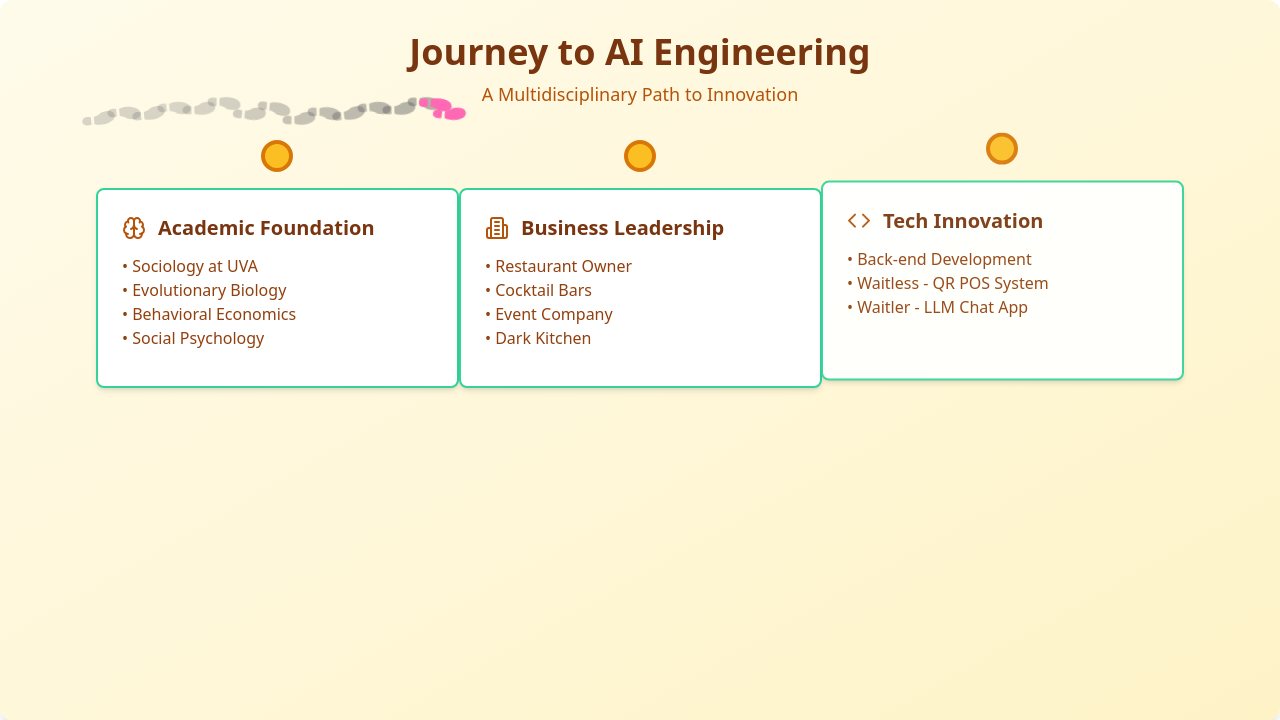
Repository: Galbaz1/dell_presentation
Page: /
These files come from the project's save history. The page is drawn as it stood at one moment and after the next save; the edit follows.
The browser window is 1280 px wide. The pictures show the whole page.
The project was rebuilt for these pictures with package versions that can differ from the ones it lists, and the page was loaded fresh each time. The framework's server and built-in components were replaced by stand-ins that run in the browser.

Above is the page before, as saved 2024-11-11 13:35:30.

After the next save:
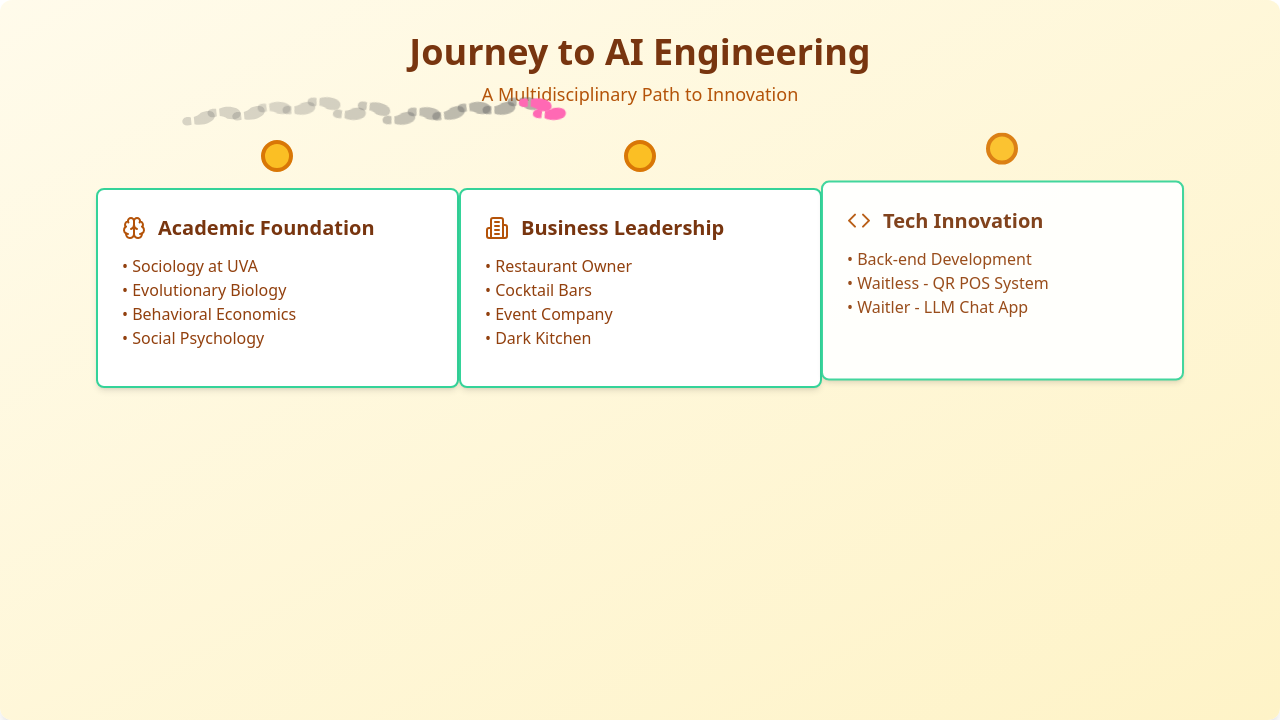
Saved 102 s later.
--- a/components/FootstepsAnimation.tsx
+++ b/components/FootstepsAnimation.tsx
@@ -45,22 +45,24 @@ const FootstepsAnimation: React.FC = () => {
 
     // River-like flowing path with gentle curves
     const flowingPath = [
-      // Start at first orange circle (adjust these x,y values to match your orange circle)
-      { x: 100, y: 100 },    // Starting position - ADJUST THESE COORDINATES
-      { x: 150, y: 95 },     // Slight upward curve
-      { x: 200, y: 90 },     // Continue gentle rise
-      { x: 250, y: 95 },     // Start subtle dip
-      { x: 300, y: 100 },    // Return to middle height
-      // Middle section (to second circle)
-      { x: 350, y: 95 },     // Begin second curve up
-      { x: 400, y: 90 },     // Peak of middle curve
-      { x: 450, y: 95 },     // Start descending
-      { x: 500, y: 100 },    // Level at second circle
-      // Final section (to third circle)
-      { x: 550, y: 95 },     // Final curve begins
-      { x: 600, y: 90 },     // Last gentle rise
-      { x: 650, y: 95 },     // Approaching end
-      { x: 700, y: 100 },    // End at third circle
+      // Start at first orange circle (Academic Foundation)
+      { x: 200, y: 100 },    // Starting at first circle
+      { x: 250, y: 95 },     // Gentle curve up
+      { x: 300, y: 90 },     // Peak
+      { x: 350, y: 95 },     // Coming down
+      { x: 400, y: 100 },    // Level out
+
+      // To second circle (Business Leadership)
+      { x: 450, y: 95 },     // Start rise
+      { x: 500, y: 90 },     // Peak
+      { x: 550, y: 95 },     // Coming down
+      { x: 600, y: 100 },    // Second circle position
+
+      // To third circle (Tech Innovation)
+      { x: 650, y: 95 },     // Start final rise
+      { x: 700, y: 90 },     // Peak
+      { x: 750, y: 95 },     // Coming down
+      { x: 800, y: 100 },    // Final circle position
     ];
 
     const createGhostTrail = (

After the 2 saves that followed:
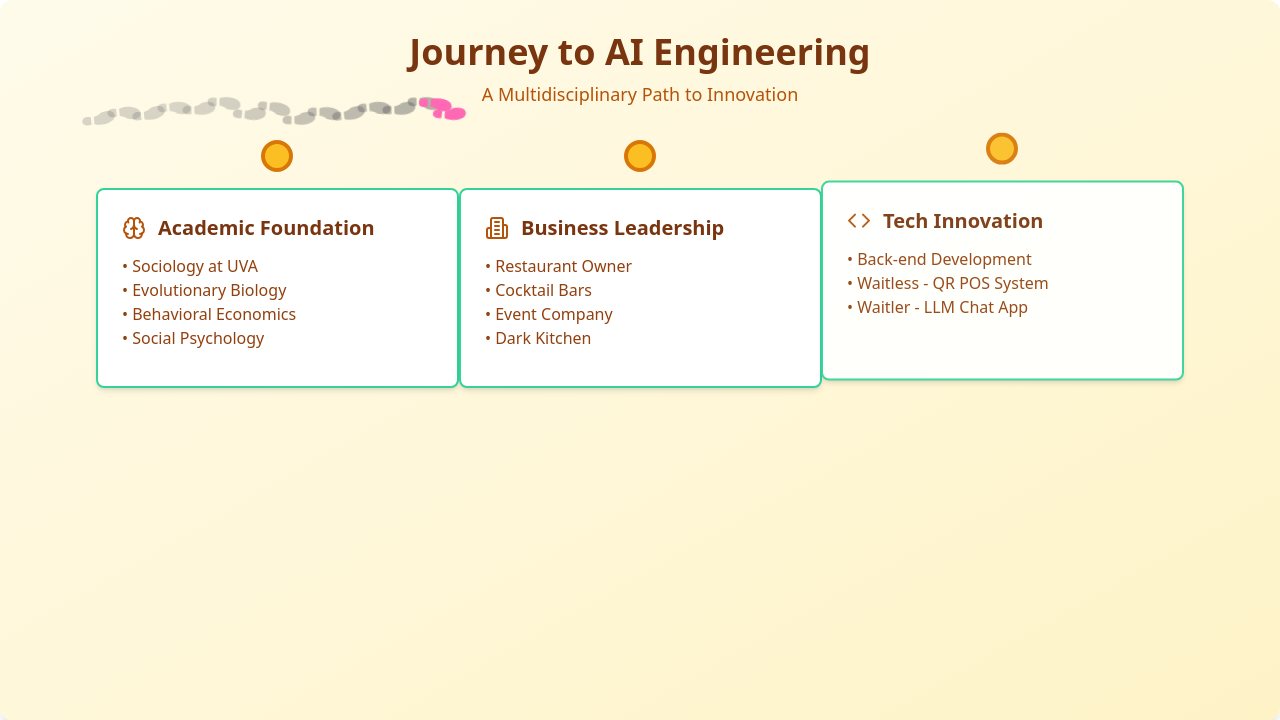
The 2 saves are shown as one change because they came seconds apart.
The last was saved 97 s later.
--- a/components/FootstepsAnimation.tsx
+++ b/components/FootstepsAnimation.tsx
@@ -46,23 +46,23 @@ const FootstepsAnimation: React.FC = () => {
     // River-like flowing path with gentle curves
     const flowingPath = [
       // Start at first orange circle (Academic Foundation)
-      { x: 200, y: 100 },    // Starting at first circle
-      { x: 250, y: 95 },     // Gentle curve up
-      { x: 300, y: 90 },     // Peak
-      { x: 350, y: 95 },     // Coming down
-      { x: 400, y: 100 },    // Level out
+      { x: 100, y: 100 },    // Starting at first circle (moved left)
+      { x: 150, y: 95 },     // Gentle curve up
+      { x: 200, y: 90 },     // Peak
+      { x: 250, y: 95 },     // Coming down
+      { x: 300, y: 100 },    // Level out
 
       // To second circle (Business Leadership)
-      { x: 450, y: 95 },     // Start rise
-      { x: 500, y: 90 },     // Peak
-      { x: 550, y: 95 },     // Coming down
-      { x: 600, y: 100 },    // Second circle position
+      { x: 350, y: 95 },     // Start rise
+      { x: 400, y: 90 },     // Peak
+      { x: 450, y: 95 },     // Coming down
+      { x: 500, y: 100 },    // Second circle position
 
       // To third circle (Tech Innovation)
-      { x: 650, y: 95 },     // Start final rise
-      { x: 700, y: 90 },     // Peak
-      { x: 750, y: 95 },     // Coming down
-      { x: 800, y: 100 },    // Final circle position
+      { x: 550, y: 95 },     // Start final rise
+      { x: 600, y: 90 },     // Peak
+      { x: 650, y: 95 },     // Coming down
+      { x: 700, y: 100 },    // Final circle position
     ];
 
     const createGhostTrail = (
